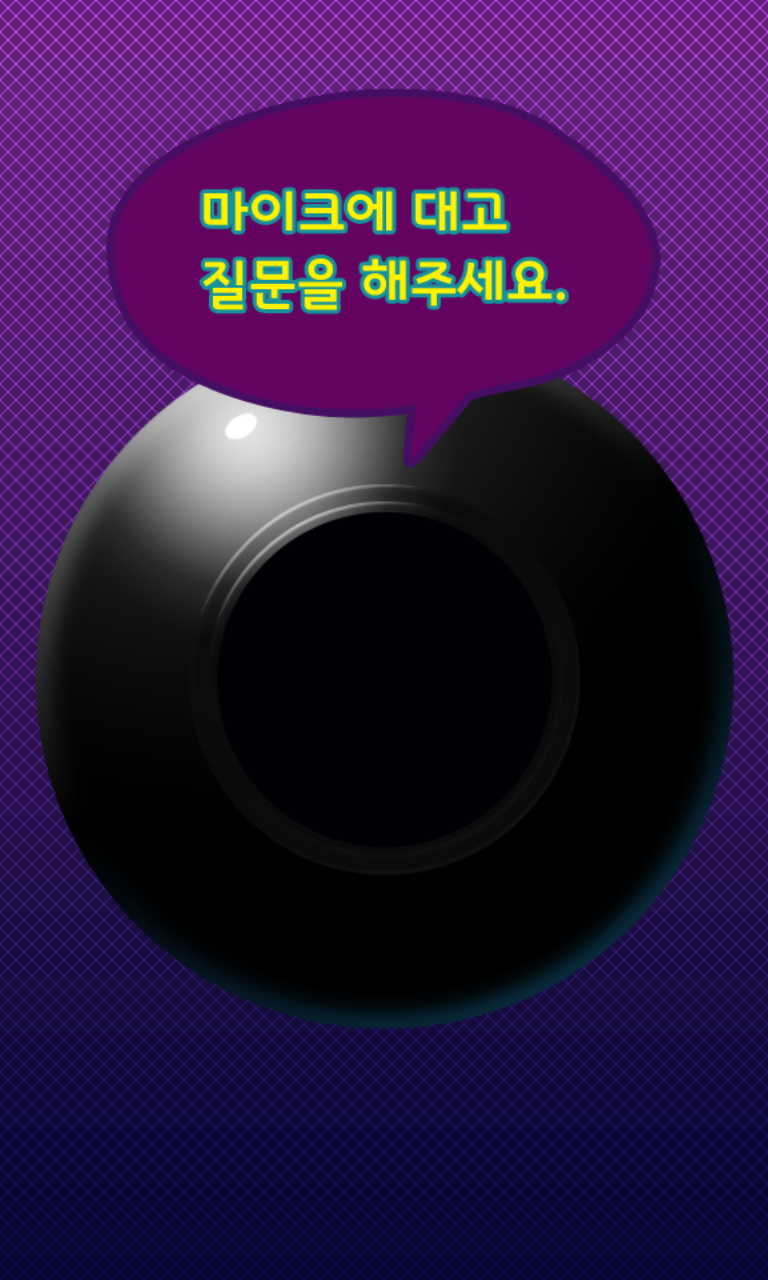
Repository: LimHeeJho/masicBall
Layout: MagicBall/res/layout/after_voice.xml
An editor plug-in stored every save of this project. The layout is shown before and after the next save, followed by the edit.
It is drawn on a 768 x 1280 px phone screen (xhdpi) without system bars, with theme AppTheme; the app's code is not run.

Above is the layout before, as saved 2013-07-17 08:27:47.

After the next save:
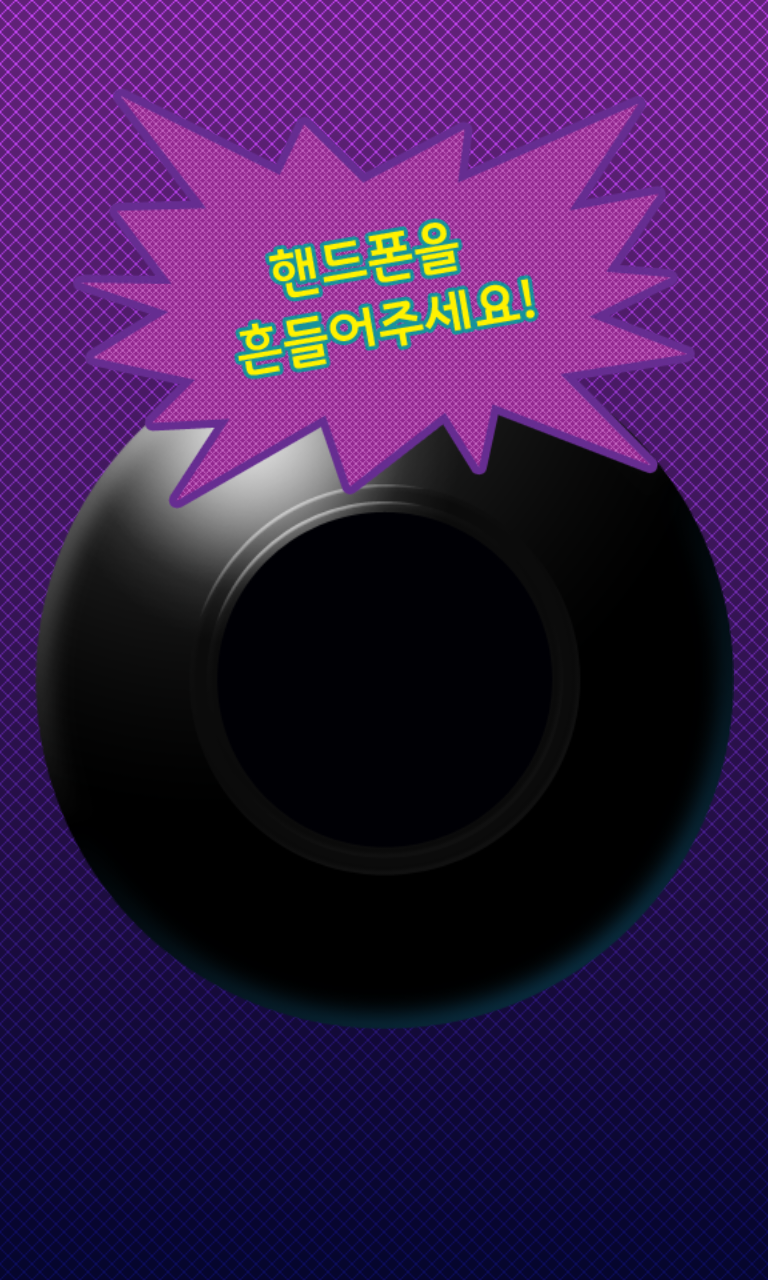
Saved 12 s later.
--- a/MagicBall/res/layout/after_voice.xml
+++ b/MagicBall/res/layout/after_voice.xml
@@ -34,7 +34,7 @@
             android:layout_alignParentTop="true"
             android:layout_centerHorizontal="true"
             android:layout_marginTop="44dp"
-            android:src="@drawable/guide_mod" />
+            android:src="@drawable/shake_guide" />
     </RelativeLayout>
 
 </RelativeLayout>
